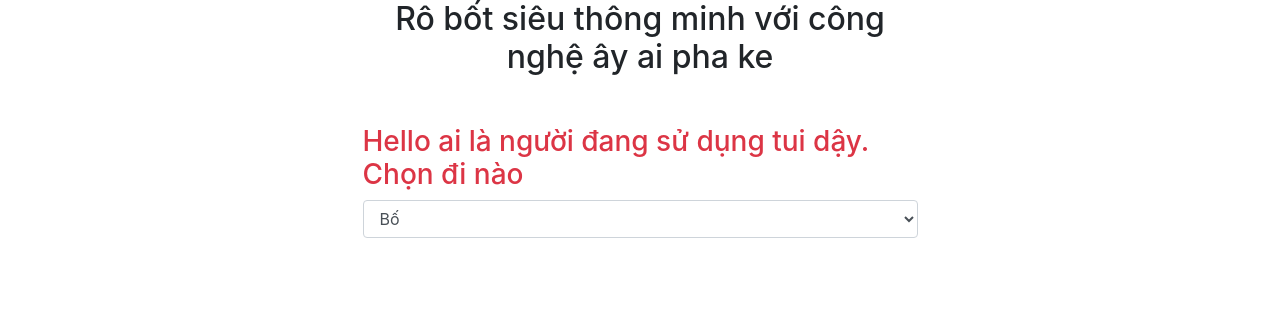
Repository: dovanthao2404/BC14_BaiTap_JS_Buoi_4_dovanthao
Page: html/bai2.html
The author's editor kept a copy of each file at every save. The page is drawn from the files as they stood at one save, then again after the next save.
The browser window is 1280 px wide. The pictures show the whole page.
After loading, the first visible `#user` was changed once.

Above is the page before, as saved 2021-07-03 14:16:53.
Console error: ReferenceError: audioSayHi is not defined

### html/bai2.html
<!DOCTYPE html>
<html lang="en">

<head>
  <meta charset="UTF-8">
  <meta http-equiv="X-UA-Compatible" content="IE=edge">
  <meta name="viewport" content="width=device-width, initial-scale=1.0">
  <title>Document</title>

  <!-- BS4 -->
  <link rel="stylesheet" href="https://cdn.jsdelivr.net/npm/bootstrap@4.6.0/dist/css/bootstrap.min.css"
    integrity="sha384-B0vP5xmATw1+K9KRQjQERJvTumQW0nPEzvF6L/Z6nronJ3oUOFUFpCjEUQouq2+l" crossorigin="anonymous">
</head>

<body>
  <div class="container">
    <div class="w-50 mx-auto">
      <h2 class="text-center">Rô bốt siêu thông minh với công nghệ ây ai pha ke</h2>
      <div class="fom-group">
        <h3 class="mt-5 text-danger">Hello ai là người đang sử dụng tui dậy. Chọn đi nào</h3>
        <select class="form-control" id="user">
          <option selected>Chọn người dùng.</option>
          <option>Bố</option>
          <option>Mẹ</option>
          <option>Anh Trai</option>
          <option>Em gái</option>
        </select>
      </div>
      <audio id="audio" src=""></audio>
      <div class="mt-3">
        <h2 id="result"></h2>
      </div>
    </div>
  </div>
  <script src="../js/bai2.js"></script>
</body>

</html>

### js/bai2.js
// Mảng chứa các thông báo
var greeting = ["Vui lòng chọn!",
  "Con chào bố",
  "Con chào mẹ",
  "Em chào anh!",
  "Anh chào em gái!"
]

document.getElementById("user").addEventListener("change", function () {
  audioSayHi();
})

function audioAndGreeting() {
  var user = document.getElementById("user").selectedIndex;
  if (user === 0) {
    returnNotification(0);
  } else if (user === 1) {
    handlerResult("../audio/conchaobo.mp3", 1)
  } else if (user === 2) {
    handlerResult("../audio/conchaome.mp3", 2)
  } else if (user === 3) {
    handlerResult("../audio/emchaoanh.mp3", 3)
  } else {
    handlerResult("../audio/emgai.mp3", 4)
  }
}

// Xuất lời chào và âm thanh
function handlerResult(src, indexGreeting) {
  var audio = document.getElementById("audio");
  audio.src = src;
  audio.play();
  returnNotification(indexGreeting);
}

// xuất thông báo
function returnNotification(indexGreeting) {
  var result = document.getElementById("result");
  result.innerHTML = greeting[indexGreeting];
}

After the next save:
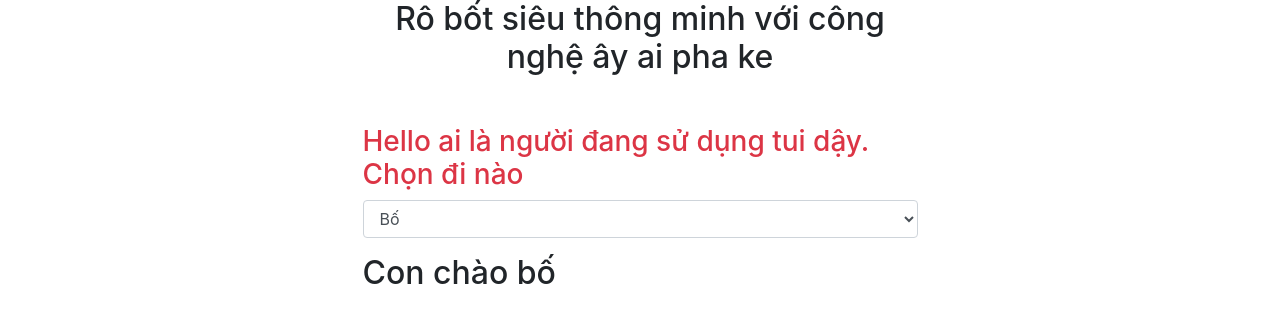
The error is gone.
Saved 7 s later.
--- a/js/bai2.js
+++ b/js/bai2.js
@@ -7,7 +7,7 @@ var greeting = ["Vui lòng chọn!",
 ]
 
 document.getElementById("user").addEventListener("change", function () {
-  audioSayHi();
+  audioAndGreeting();
 })
 
 function audioAndGreeting() {
